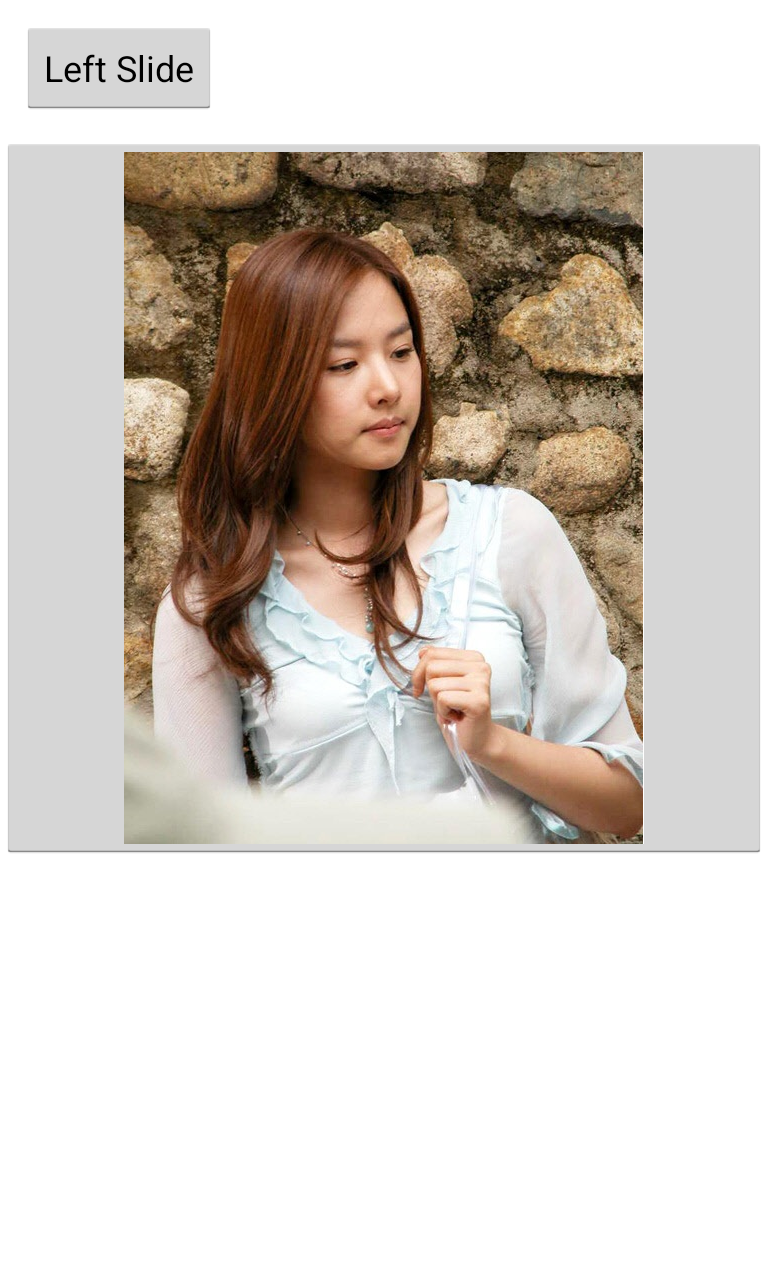
Repository: venusgo/movieClient
Layout: movie_client/res/layout/activity_main.xml
An editor plug-in stored every save of this project. The layout is shown before and after the next save, followed by the edit.
It is drawn on a 768 x 1280 px phone screen (xhdpi) without system bars, with theme AppTheme; the app's code is not run.

Above is the layout before, as saved 2013-09-30 05:31:02.

After the next save:
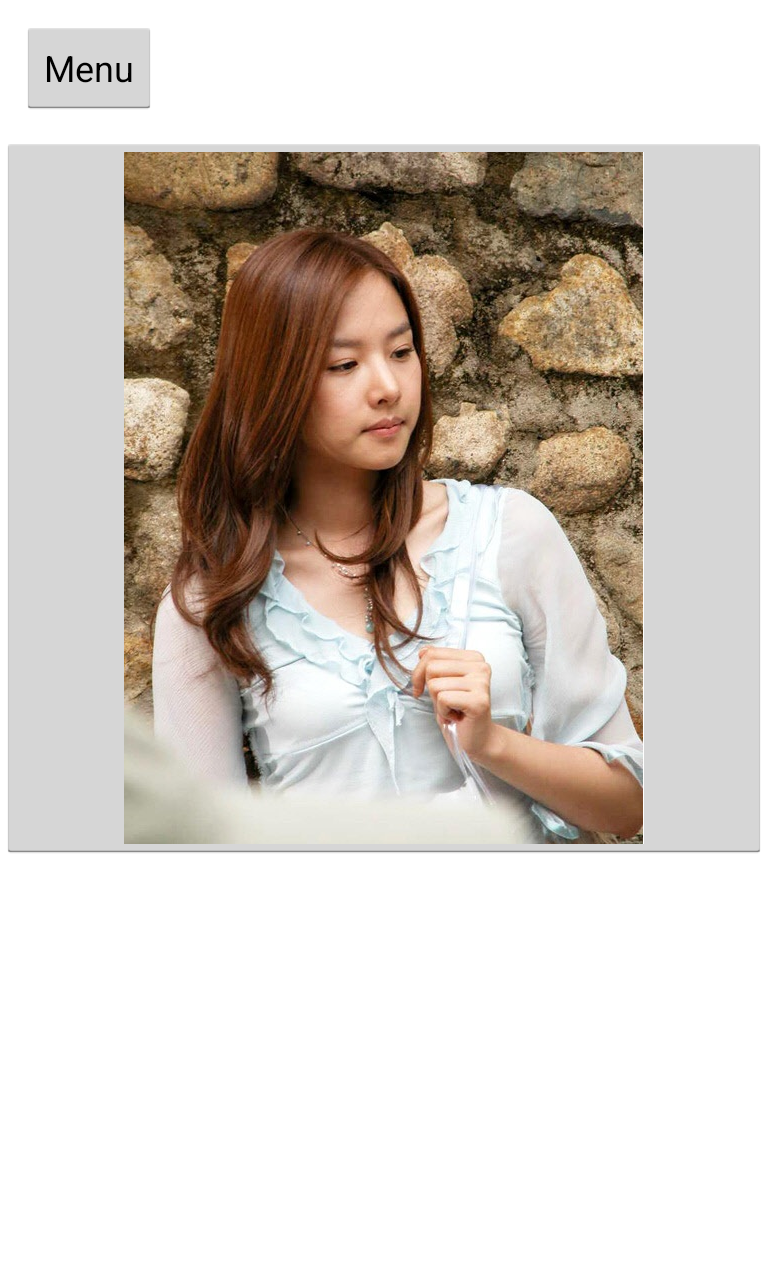
Saved 43 s later.
--- a/movie_client/res/layout/activity_main.xml
+++ b/movie_client/res/layout/activity_main.xml
@@ -43,7 +43,7 @@
                 android:layout_width="wrap_content"
                 android:layout_height="wrap_content"
                 android:layout_margin="10dp"
-                android:text="Left Slide" />
+                android:text="Menu" />
 
             <LinearLayout
                 android:layout_width="match_parent"
